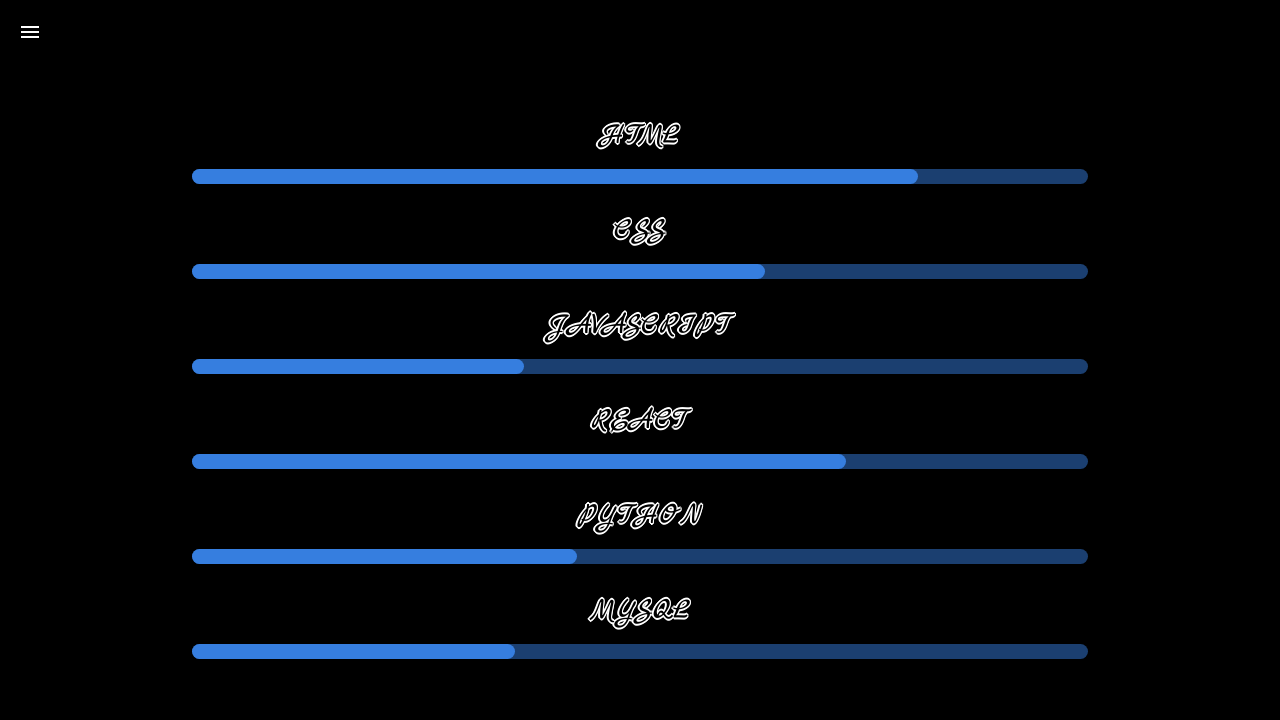
Repository: Ajtheult/portfolio.v3
Page: /skills
An editor plug-in stored every save of this project. The page is shown before and after the next save, followed by the edit.
The browser window is 1280 px wide. The pictures show the whole page.
Some web fonts or font styles are not loaded; a fallback is used. The project was rebuilt for these pictures with package versions that can differ from the ones it lists, and the page was loaded fresh each time. Also part of the build but not shown: src/components/layout/pages/Home.js, src/components/layout/pages/MyWork.js, src/components/layout/pages/Testimonials.js.

Above is the page before, as saved 2020-07-19 17:47:51.

### public/index.html
<!DOCTYPE html>
<html lang="en">
  <head>
    <meta charset="utf-8" />
    <link rel="icon" href="%PUBLIC_URL%/favicon.ico" />
    <meta name="viewport" content="width=device-width, initial-scale=1" />
    <meta name="theme-color" content="#000000" />
    <meta
      name="description"
      content="Web site created using create-react-app"
    />

    <link rel="manifest" href="%PUBLIC_URL%/manifest.json" />
    <link
      href="https://fonts.googleapis.com/css2?family=Marck+Script&display=swap"
      rel="stylesheet"
    />
    <link
      href="https://fonts.googleapis.com/css2?family=Gruppo&display=swap"
      rel="stylesheet"
    />
    <link rel="manifest" href="%PUBLIC_URL%/manifest.json" />

    <link
      rel="stylesheet"
      href="https://fonts.googleapis.com/icon?family=Material+Icons"
    />

    <link
      rel="stylesheet"
      href="https://use.fontawesome.com/releases/v5.7.2/css/all.css"
      integrity="sha384-fnmOCqbTlWIlj8LyTjo7mOUStjsKC4pOpQbqyi7RrhN7udi9RwhKkMHpvLbHG9Sr"
      crossorigin="anonymous"
    />
    <title>Asaph Franks portfolio</title>
  </head>
  <body>
    <noscript>You need to enable JavaScript to run this app.</noscript>
    <div id="root"></div>
  </body>
</html>

### src/index.js
import React from "react";
import ReactDOM from "react-dom";
import App from "./App";
import "materialize-css/dist/css/materialize.min.css";

ReactDOM.render(
  <React.StrictMode>
    <App />
  </React.StrictMode>,
  document.getElementById("root")
);

### src/App.js
import React from "react";

import { Home } from "./components/layout/pages/Home";
import { Skills } from "./components/layout/pages/Skills";
import { MyWork } from "./components/layout/pages/MyWork";
import { Testimonials } from "./components/layout/pages/Testimonials";
import Navbar from "./components/layout/navbar/Navbar";

import { BrowserRouter as Router, Route, Switch } from "react-router-dom";
import "./App.css";

function App() {
  return (
    <Router>
      <div className="App">
        <Navbar />

        <Switch>
          <Route exact path="/portfolio-v3" component={Home} />
          <Route path="/skills" component={Skills} />
          <Route path="/mywork" component={MyWork} />
          <Route path="/testimonials" component={Testimonials} />
        </Switch>
      </div>
    </Router>
  );
}

export default App;

### src/components/layout/pages/Skills.js
import React from "react";
import "../../../App.css";
export const Skills = () => {
  return (
    <div class="container">
      <ul>
        <li className="html skills_li skills_text">HTML</li>
        <li className="css skills_li skills_text">CSS</li>
        <li className="js skills_li skills_text">JavaScript</li>
        <li className="react skills_li skills_text">React</li>
        <li className="py skills_li skills_text">Python</li>
        <li className="sql skills_li skills_text">mySQL</li>
      </ul>
    </div>
  );
};

### src/components/layout/navbar/Navbar.js
/* eslint-disable no-unused-vars */
import React, { Component } from "react";
import M from "materialize-css/dist/js/materialize.min.js";
import me from "./me.jpg";
import music from "./music.jpg";
import "../../../App.css";
import { Link } from "react-router-dom";

export class Navbar extends Component {
  componentDidMount() {
    document.addEventListener("DOMContentLoaded", function () {
      var elems = document.querySelectorAll(".sidenav");
      var instances = M.Sidenav.init(elems, {});
    });
  }

  render() {
    return (
      <div>
        <nav>
          <div className="nav-wrapper colour">
            <a
              href="#home"
              data-target="slide-out"
              className="sidenav-trigger show-on-large"
            >
              <i className="material-icons">menu</i>
            </a>
          </div>
        </nav>

        <ul id="slide-out" className="sidenav">
          <li>
            <div className="user-view">
              <div className="background">
                <img className="background_img" src={music} alt="img" />
              </div>

              <img className="circle" src={me} alt="img of me" />

              <span className="black-text name move_me">Asaph Franks</span>

              <span className="black-text email  move_me">
                Asaphfranksboi@gmail.com
              </span>
            </div>
            {/* Change font so that the name can be better read */}
          </li>
          <Link to="/portfolio-v3">
            <br />
            <li className="colour_of_nav">Home</li>
          </Link>{" "}
          <br />
          <Link to="/skills">
            <li className="colour_of_nav">Skills</li>
          </Link>
          <br />
          <Link to="/mywork">
            <li className="colour_of_nav">Work</li>
          </Link>
          <br />
          <Link to="/testimonials">
            <li className="colour_of_nav">Testimonials</li>
          </Link>
        </ul>
      </div>
    );
  }
}

export default Navbar;

### src/App.css
.App {
  text-align: center;
}

body {
  background-color: black;
  color: white;
}
.background_img {
  width: 100%;
  height: 100%;
}

.move_me {
  text-align: left;
}

.colour {
  background-color: black;
}

img.bg {
  /* Set rules to fill background */
  min-height: 100%;
  min-width: 1024px;

  /* Set up proportionate scaling */
  width: 100%;
  height: auto;

  /* Set up positioning */
  position: fixed;
  top: 0;
  left: 0;
  z-index: -1;
}

div.admin-bg {
  /* Set up positioning */
  position: fixed;
  top: 0;
  left: 0;
  z-index: -1;
  background-color: black;
}

@media screen and (max-width: 1024px) {
  /* Specific to this particular image */
  img.bg {
    left: 50%;
    margin-left: -512px; /* 50% */
  }
}

.intro_name_top {
  font-family: "Marck Script", cursive;
  font-size: 130px;
  color: black;
  text-shadow: 2px 0 0 #fff, -2px 0 0 #fff, 0 2px 0 #fff, 0 -2px 0 #fff,
    1px 1px #fff, -1px -1px 0 #fff, 1px -1px 0 #fff, -1px 1px 0 #fff;
}
.testimonial_title {
  font-family: "Marck Script", cursive;
  color: black;
  font-size: 80px;
  text-shadow: 2px 0 0 #fff, -2px 0 0 #fff, 0 2px 0 #fff, 0 -2px 0 #fff,
    1px 1px #fff, -1px -1px 0 #fff, 1px -1px 0 #fff, -1px 1px 0 #fff;
}

.intro_name_bottom {
  font-size: 60px;
  color: #000000;
  font-weight: bold;
  text-shadow: 2px 0 0 #fff, -2px 0 0 #fff, 0 2px 0 #fff, 0 -2px 0 #fff,
    1px 1px #fff, -1px -1px 0 #fff, 1px -1px 0 #fff, -1px 1px 0 #fff;
  font-family: "Gruppo", cursive;
}

.logos {
  text-align: left;
  font-size: 30px;
}

.contact-title {
  margin-top: -5px;
  font-family: "Marck Script", cursive;
  font-size: 90px;
  color: black;
  text-shadow: 2px 0 0 #fff, -2px 0 0 #fff, 0 2px 0 #fff, 0 -2px 0 #fff,
    1px 1px #fff, -1px -1px 0 #fff, 1px -1px 0 #fff, -1px 1px 0 #fff;
}

.about-title {
  margin-top: 1px;
  font-family: "Marck Script", cursive;
  font-size: 80px;
  color: black;
  text-shadow: 2px 0 0 #fff, -2px 0 0 #fff, 0 2px 0 #fff, 0 -2px 0 #fff,
    1px 1px #fff, -1px -1px 0 #fff, 1px -1px 0 #fff, -1px 1px 0 #fff;
}

.student_bio {
  margin-top: 2%;
  font-size: 23px;
}

.big_frontend {
  font-size: 40px;
  font-family: "Gruppo", cursive;
}

.move_the_name {
  margin-top: -12px;
  font-size: 20px;
  font-weight: bold;
}

.enlarge_paragraph {
  font-size: 22px;
  font-family: "Times New Roman", Times, serif;
}

.my_info {
  font-size: 30px;
  text-align: left;
  font-family: "Gruppo", cursive;
}

.my_info_2 {
  font-size: 20px;
  text-align: left;
  line-height: 8px;
  font-family: "Times New Roman", Times, serif;
}

.my_info_3 {
  font-size: 25px;
  text-align: left;
  line-height: 8px;
  font-family: "Times New Roman", Times, serif;
}

.black_text {
  color: black;
}

.passion_heading {
  text-align: center;
  font-family: "Marck Script", cursive;
  font-size: 45px;
}

.passion_content {
  font-family: "Gruppo", cursive;
  font-weight: bold;
  line-height: 25px;
}

.margin_on_top {
  margin-top: 1px;
  font-size: 20px;
  font-family: "Marck Script", cursive;
  font-weight: bold;
}

.my_work_desc {
  font-size: 20px;
  font-family: "Times New Roman", Times, serif;
}

.my_work_title {
  font-family: "Gruppo", cursive;
  color: black;
  font-size: 30px;
  text-shadow: 2px 0 0 rgb(0, 0, 0), -2px 0 0 rgb(0, 0, 0), 0 2px 0 #fff,
    0 -2px 0 #fff, 1px 1px #fff, -1px -1px 0 #fff, 1px -1px 0 #fff,
    -1px 1px 0 #fff;
}

.link-size {
  font-size: 40px;
  margin-top: -40px;
  padding: 1%;
  text-align: left;
  margin-left: 60px;
  font-family: "Gruppo", cursive;
  color: blue;
}

.button_margin {
  margin-top: 5px;
}

.work_title {
  font-family: "Marck Script", cursive;
  color: black;
  font-size: 50px;
  text-shadow: 2px 0 0 #fff, -2px 0 0 #fff, 0 2px 0 #fff, 0 -2px 0 #fff,
    1px 1px #fff, -1px -1px 0 #fff, 1px -1px 0 #fff, -1px 1px 0 #fff;
}

.colour_of_nav {
  color: black;
  margin-top: -30px;
}

.style_for_landingpage {
  margin-left: 15.5%;
  margin-top: 6%;
  position: absolute;
  padding: 50px;
  width: 70%;
  transform: "translate(-50%, -50%)";
}

.skills_li {
  position: relative;
  list-style: none;
  margin: 50px 0;
  font-weight: 500;
  text-transform: uppercase;
}

.skills_li:before {
  content: "";
  position: absolute;
  top: calc(100% + 10px);
  left: 0;
  width: 100%;
  height: 15px;
  background-color: rgba(54, 126, 223, 0.5);
  border-radius: 1000px;
}

.skills_li:after {
  content: "";
  position: absolute;
  top: calc(100% + 10px);
  left: 0;
  width: 0;
  height: 15px;
  background-color: rgba(54, 126, 223, 1);
  border-radius: 1000px;
  animation-duration: 0.7s;
  animation-timing-function: ease;
  animation-fill-mode: forwards;
}

.html:after {
  animation-name: html;
}

@keyframes html {
  to {
    width: 81%;
  }
}

.css:after {
  animation-name: css;
}

@keyframes css {
  to {
    width: 64%;
  }
}

.js:after {
  animation-name: js;
}

@keyframes js {
  to {
    width: 37%;
  }
}

.py:after {
  animation-name: py;
}

@keyframes py {
  to {
    width: 43%;
  }
}

.sql:after {
  animation-name: sql;
}

@keyframes sql {
  to {
    width: 36%;
  }
}

.react:after {
  animation-name: react;
}

@keyframes react {
  to {
    width: 73%;
  }
}

.skills_text {
  font-family: "Marck Script", cursive;
  color: black;
  font-size: 30px;
  text-shadow: 1px 0 0 #fff, -2px 0 0 #fff, 0 2px 0 #fff, 0 -2px 0 #fff,
    1px 1px #fff, -1px -1px 0 #fff, 1px -1px 0 #fff, -1px 1px 0 #fff;
}

After the next save:
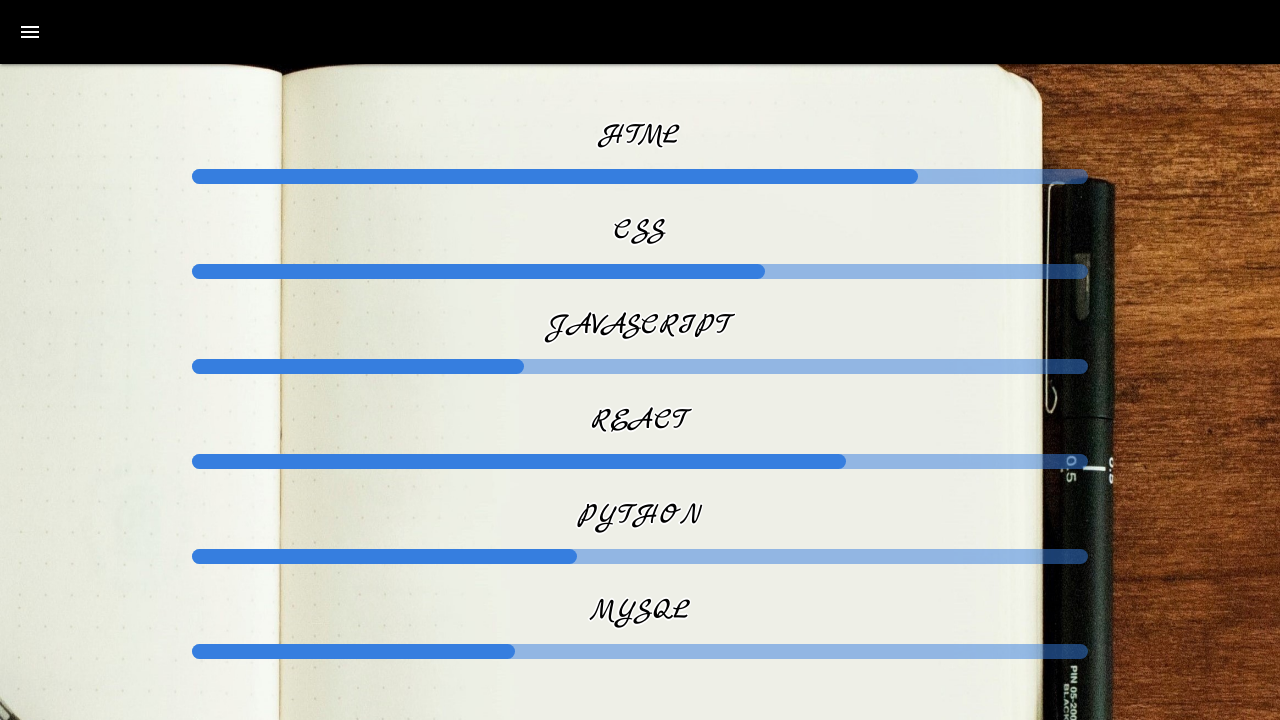
Saved 3 h 54 min later.
--- a/src/components/layout/pages/Skills.js
+++ b/src/components/layout/pages/Skills.js
@@ -1,16 +1,23 @@
 import React from "react";
 import "../../../App.css";
+import background4 from "../resources/background4.jpg";
+
 export const Skills = () => {
   return (
-    <div class="container">
-      <ul>
-        <li className="html skills_li skills_text">HTML</li>
-        <li className="css skills_li skills_text">CSS</li>
-        <li className="js skills_li skills_text">JavaScript</li>
-        <li className="react skills_li skills_text">React</li>
-        <li className="py skills_li skills_text">Python</li>
-        <li className="sql skills_li skills_text">mySQL</li>
-      </ul>
+    <div>
+      <div className="bg-color">
+        <img src={background4} className="bg" alt="bg" />
+      </div>
+      <div class="container">
+        <ul>
+          <li className="html skills_li skills_text">HTML</li>
+          <li className="css skills_li skills_text">CSS</li>
+          <li className="js skills_li skills_text">JavaScript</li>
+          <li className="react skills_li skills_text">React</li>
+          <li className="py skills_li skills_text">Python</li>
+          <li className="sql skills_li skills_text">mySQL</li>
+        </ul>
+      </div>
     </div>
   );
 };
